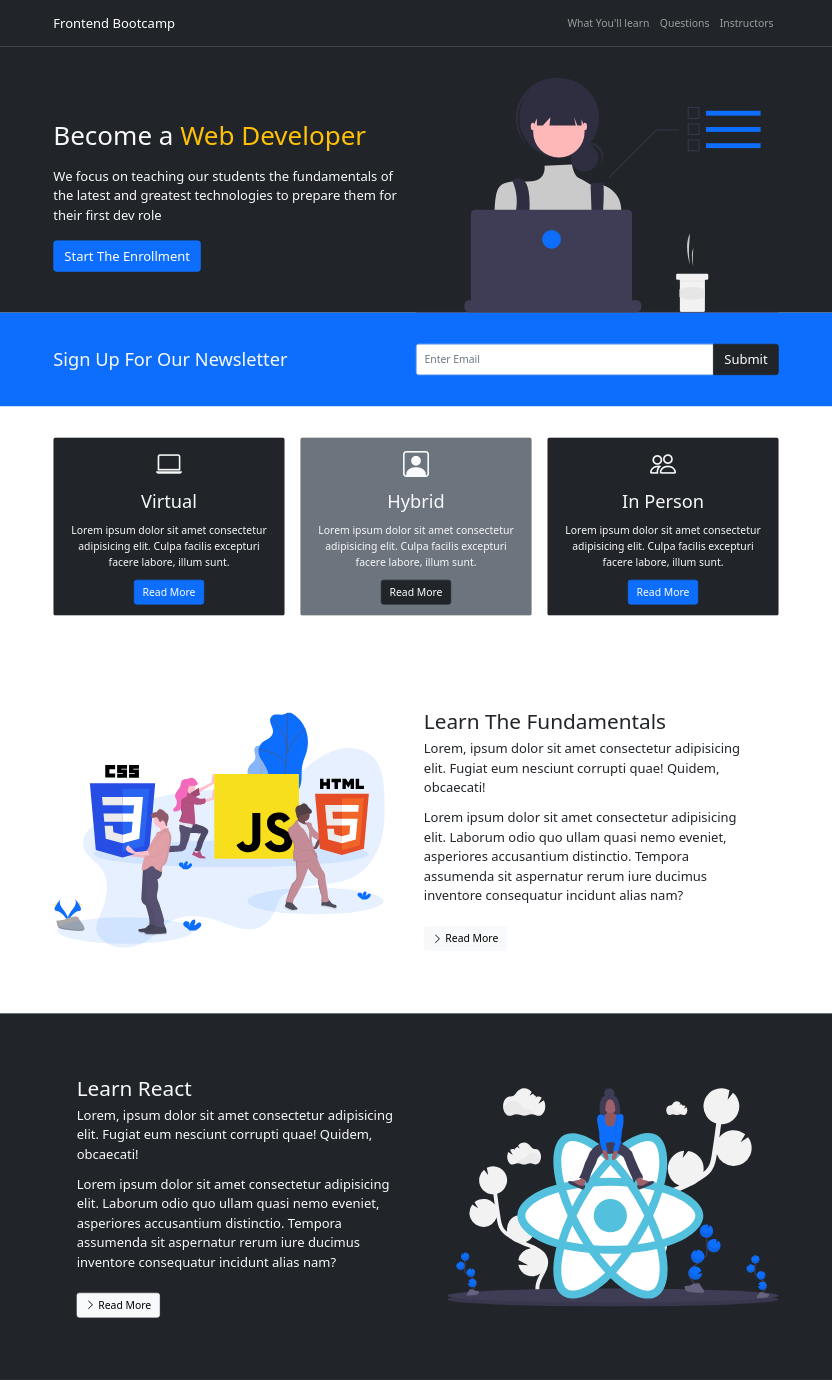
Repository: Marhamat92/Bootstrap5-Responsive-Website-
Page: index.html
The author's editor kept a copy of each file at every save. The page is drawn from the files as they stood at one save, then again after the next save.
The browser window is 1280 px wide. The pictures show the whole page, at 65% of full size.
Some web libraries are served in a nearby version.

Above is the page before, as saved 2021-09-18 17:51:07.

After the next save:
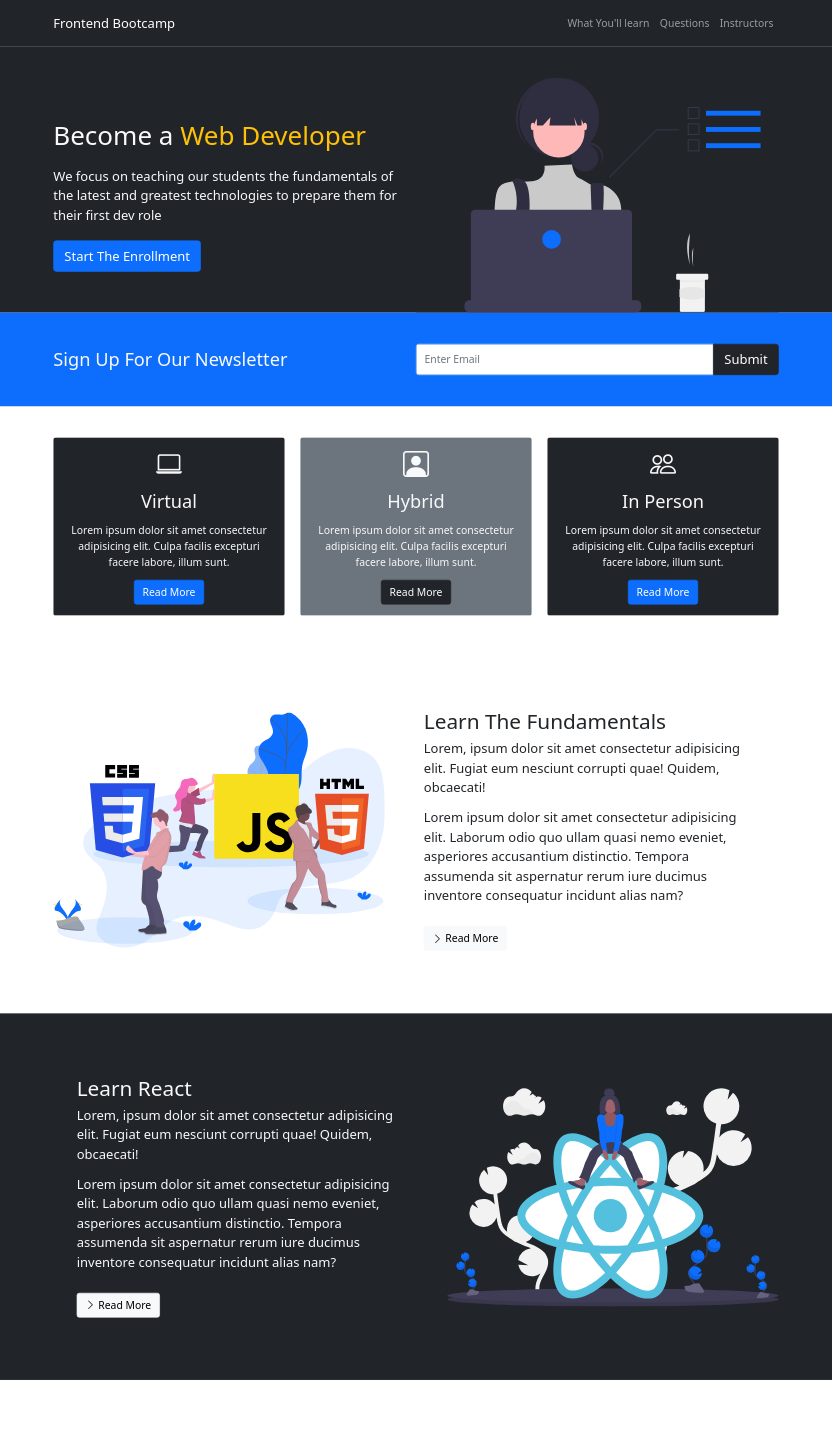
Saved 53 s later.
--- a/index.html
+++ b/index.html
@@ -161,6 +161,13 @@
     </section>
 
 
+<!--Question Accordion-->
+<section id="questions" class="p-5"></section>
+
+
+
+
+
 
 
 
